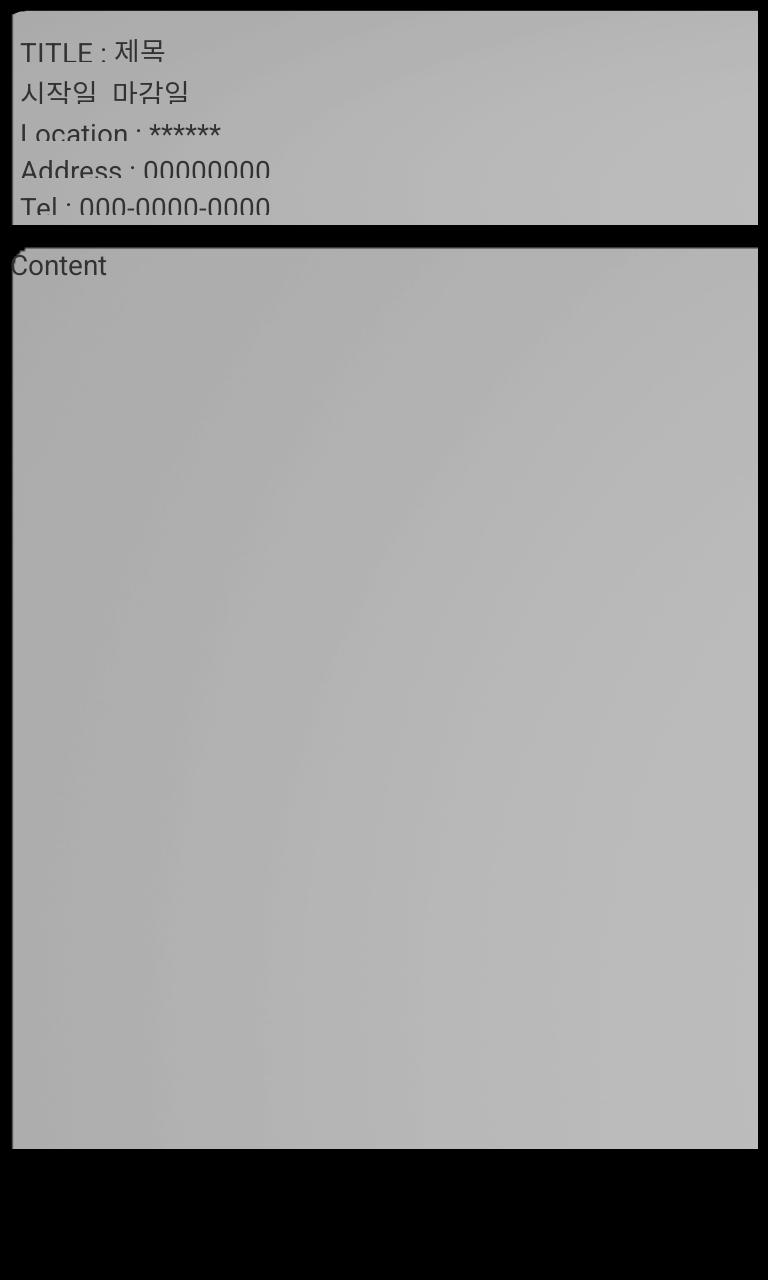
Repository: chlduq04/java
Layout: Culturemap/res/layout/detail.xml
An editor plug-in stored every save of this project. The layout is shown before and after the next save, followed by the edit.
It is drawn on a 768 x 1280 px phone screen (xhdpi) without system bars, with theme AppTheme; the app's code is not run.

Above is the layout before, as saved 2012-07-23 07:21:54.

After the next save:
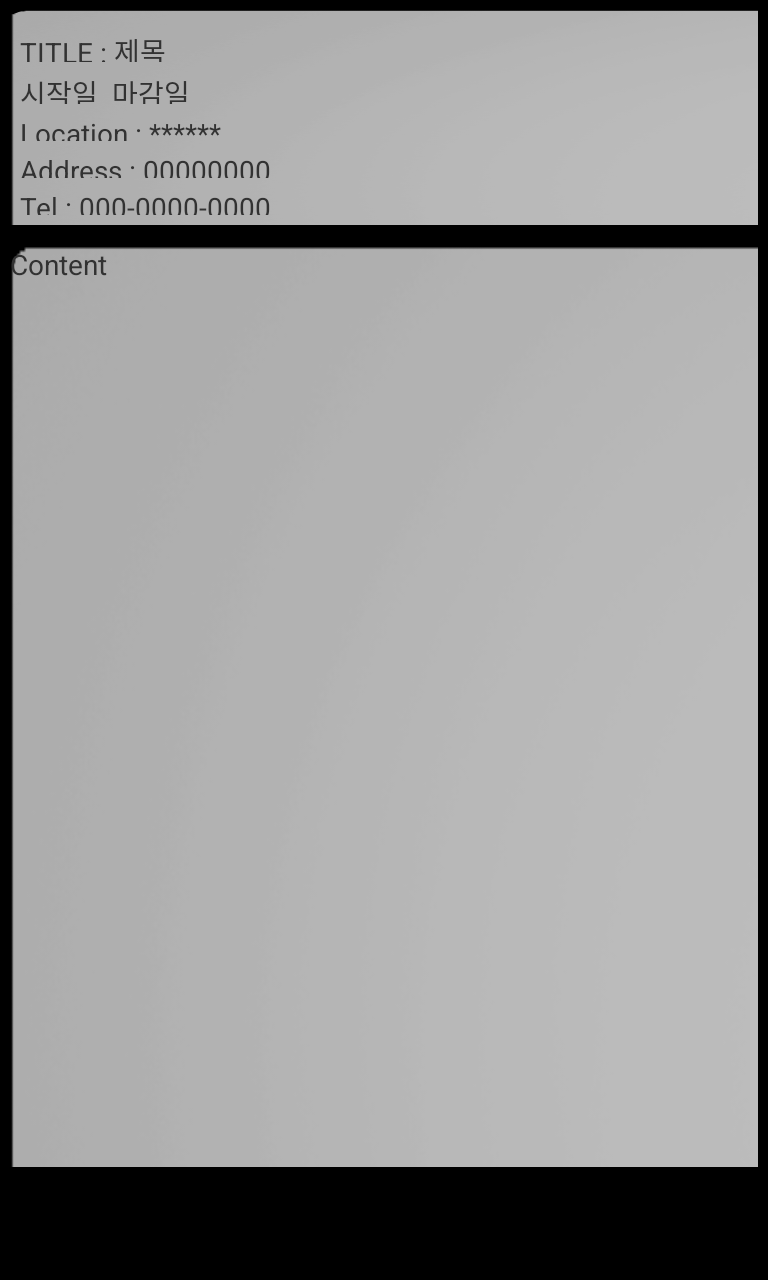
Saved 8 s later.
--- a/Culturemap/res/layout/detail.xml
+++ b/Culturemap/res/layout/detail.xml
@@ -127,7 +127,7 @@
 
     <LinearLayout
         android:layout_width="match_parent"
-        android:layout_height="10dip"
+        android:layout_height="wrap_content"
         android:layout_margin="5dip"
         android:layout_margin="5dip"
         android:layout_weight="0.8"
